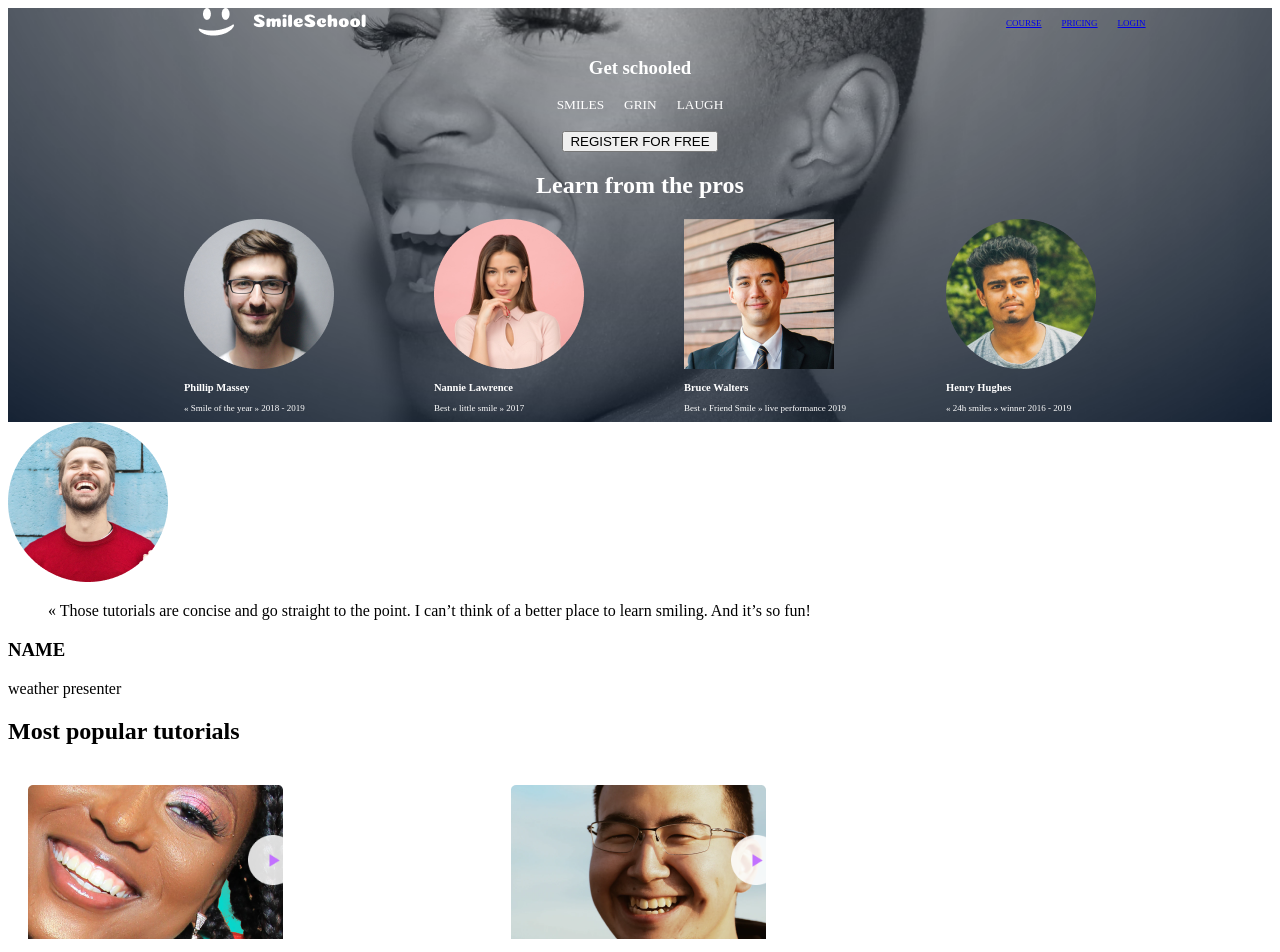
Repository: mwihakiann/alx_html_css
Page: css_advanced/index.html
An editor plug-in stored every save of this project. The page is shown before and after the next save, followed by the edit.
The browser window is 1280 px wide. The pictures show the part of the page from y = 0 to 952 px (the page is 3272 px tall before and 3643 px after).
A picture or video elsewhere on the page could not be fetched, so the positions and the page height are approximate. Some web libraries are served in a nearby version.

Above is the page before, as saved 2025-09-28 17:56:16.

### css_advanced/index.html
<!DOCTYPE html>
<html lang="en">
<head>
  <meta charset="UTF-8">
  <meta name="viewport" content="width=device-width, initial-scale=1.0">
  <script src="https://kit.fontawesome.com/4a2b055604.js" crossorigin="anonymous"></script>
  <title>Document</title>
  <link rel="stylesheet" href="styles.css">
</head>
<body>
    <section class="first-page">
  <header>
    <nav>
      <img src="./images/logo.png" alt="logo">
      <ul>
        <li><a href="#">COURSE</a></li>
        <li><a href="#">PRICING</a></li>
        <li><a href="#">LOGIN</a></li>
      </ul>
    </nav>
  </header>

  <main>
    <section>
      <div class="intro">
        <h1>Get schooled</h1>
        <div class="horizontal-stack">
        <span>SMILES</span>
        <span>GRIN</span>
        <span>LAUGH</span>
        </div>
        <br>
        <button>REGISTER FOR FREE</button>
      </div>
      <div class="learn-from-pros">
        <h2>Learn from the pros</h2>
        <div class="pros">
          <div>
            <img src="./images/1.png" alt="">
            <h3>Phillip Massey</h3>
            <p>« Smile of the year » 2018 - 2019</p>
          </div>
          <div>
            <img src="./images/3.png" alt="">
            <h3>Nannie Lawrence</h3>
            <p>Best « little smile » 2017</p>
          </div>
          <div>
            <img src="./images/2.png" alt="">
            <h3>Bruce Walters</h3>
            <p>Best « Friend Smile » live performance 2019</p>
          </div>
          <div>
            <img src="./images/4.png" alt="">
            <h3>Henry Hughes</h3>
            <p>« 24h smiles » winner 2016 - 2019</p>
          </div>
        </div>
      </div>
    </section>
</section>

    <section>
      <div>
        <img src="./images/5.png" alt="image">
      </div>
      <div>
        <blockquote>« Those tutorials are concise and go straight to the point. I can’t think of a better place to learn smiling. And it’s so fun!</blockquote>
        <h3>NAME</h3>
        <p>weather presenter</p>
      </div>
    </section>

    <section>
      <h2>Most popular tutorials</h2>

      <div class="tutorial-card">
        <img src="./images/9.png" alt="Diagonal Smile">
        <img src="./images/play.png" alt="play button" class="play-btn">
        <h3>Diagonal Smile</h3>
        <p>Lorem ipsum dolor sit amet, consect adipiscing elit, sed do eiusmod.</p>
        <div>
          <img src="./images/1 (3).png" alt="">
          <h4>Phillip Massey</h4>
        </div>
        <div>
          <div><i class="fa-solid fa-star"></i></div>
          <div><i class="fa-solid fa-star"></i></div>
          <div><i class="fa-solid fa-star"></i></div>
          <div><i class="fa-solid fa-star"></i></div>
          <div><i class="fa-solid fa-star"></i></div>
        </div>
        <p>8 min</p>
      </div>

      <div class="tutorial-card">
        <img src="./images/6.png" alt="Happy Smile">
        <img src="./images/play.png" alt="play button" class="play-btn">
        <h3>Happy Smile</h3>
        <p>Lorem ipsum dolor sit amet, consect adipiscing elit, sed do eiusmod.</p>
        <div>
          <img src="./images/1 (3).png" alt="">
          <h4>Phillip Massey</h4>
        </div>
        <div>
          <div><i class="fa-solid fa-star"></i></div>
          <div><i class="fa-solid fa-star"></i></div>
          <div><i class="fa-solid fa-star"></i></div>
          <div><i class="fa-solid fa-star"></i></div>
          <div><i class="fa-solid fa-star"></i></div>
        </div>
        <p>8 min</p>
      </div>

      <div class="tutorial-card">
        <img src="./images/8.png" alt="Natural Smile">
        <img src="./images/play.png" alt="play button" class="play-btn">
        <h3>Natural Smile</h3>
        <p>Lorem ipsum dolor sit amet, consect adipiscing elit, sed do eiusmod.</p>
        <div>
          <img src="./images/1.png" alt="">
          <h4>Phillip Massey</h4>
        </div>
        <div>
          <div><i class="fa-solid fa-star"></i></div>
          <div><i class="fa-solid fa-star"></i></div>
          <div><i class="fa-solid fa-star"></i></div>
          <div><i class="fa-solid fa-star"></i></div>
          <div><i class="fa-solid fa-star"></i></div>
        </div>
        <p>8 min</p>
      </div>

      <div class="tutorial-card">
        <img src="./images/7.png" alt="Sad Smile">
        <img src="./images/play.png" alt="play button" class="play-btn">
        <h3>Sad Smile</h3>
        <p>Lorem ipsum dolor sit amet, consect adipiscing elit, sed do eiusmod.</p>
        <div>
          <img src="./images/1.png" alt="">
          <h4>Phillip Massey</h4>
        </div>
        <div>
          <div><i class="fa-solid fa-star"></i></div>
          <div><i class="fa-solid fa-star"></i></div>
          <div><i class="fa-solid fa-star"></i></div>
          <div><i class="fa-solid fa-star"></i></div>
          <div><i class="fa-solid fa-star"></i></div>
        </div>
        <p>8 min</p>
      </div>
    </section>

    <section>
      <h2>Free membership</h2>
      <div>
        <img src="./images/smile.png" alt="">
        <h3>Lorem Ipsum</h3>
        <p>Lorem ipsum dolor sit amet, consectetur adipiscing elit.</p>
      </div>
      <div>
        <img src="./images/smile.png" alt="">
        <h3>Lorem Ipsum</h3>
        <p>Lorem ipsum dolor sit amet, consectetur adipiscing elit.</p>
      </div>
      <div>
        <img src="./images/smile.png" alt="">
        <h3>Lorem Ipsum</h3>
        <p>Lorem ipsum dolor sit amet, consectetur adipiscing elit.</p>
      </div>
      <div>
        <img src="./images/smile.png" alt="">
        <h3>Lorem Ipsum</h3>
        <p>Lorem ipsum dolor sit amet, consectetur adipiscing elit.</p>
      </div>
      <button>REGISTER FOR FREE</button>
    </section>

    <section>
      <h2>F.A.Q</h2>
      <div>
        <div>
          <div>
            <h3>How does this work?</h3>
          </div>
          <div>
            Lorem ipsum dolor sit amet, consectetur adipiscing elit, sed do eiusmod tempor incididunt ut labore et dolore magna aliqua.
          </div>

          <div>
            <h3>How does this work?</h3>
          </div>
          <div>
            Lorem ipsum dolor sit amet, consectetur adipiscing elit, sed do eiusmod tempor incididunt ut labore et dolore magna aliqua.
          </div>
        </div>
        <div>
          <div>
            <h3>How does this work?</h3>
          </div>
          <div>
            Lorem ipsum dolor sit amet, consectetur adipiscing elit, sed do eiusmod tempor incididunt ut labore et dolore magna aliqua.
          </div>
          <div>
            <h3>How does this work?</h3>
          </div>
          <div>
            Lorem ipsum dolor sit amet, consectetur adipiscing elit, sed do eiusmod tempor incididunt ut labore et dolore magna aliqua.
          </div>
        </div>
      </div>
    </section>
  </main>

  <footer>
    <section>
      <div>
        <img src="./images/logo.png" alt="logo">
        <div>
          <i class="fa-brands fa-facebook"></i>
          <i class="fa-brands fa-twitter"></i>
          <i class="fa-brands fa-instagram"></i>
        </div>
      </div>
      <p>©smileschool 2020</p>
    </section>
  </footer>
</body>
</html>

### css_advanced/styles.css
nav ul{
    display: flex;
    gap: 20px;
    list-style: none;
    color: white;
    text-decoration: none;
}
nav{
    display: flex;
    justify-content: space-between;
    align-items: center;
    margin-left: 15%;
    margin-right: 10%;
    font-size: xx-small;
}
.first-page{
    background-image: url(./images/Object.png);
    background-size: cover;
    background-position: center;
    color: white;
}
.intro{
    display: flex;
    flex-direction: column;
    justify-content: center;
    align-items: center;
    gap: 0;
}
h1{
    font-size: 40;
}
.learn-from-pros{
    display: flex;
    flex-direction: column;
    justify-content: center;
    align-items: center;
    font-size: medium;
}
.pros{
    display: flex;
    font-size:xx-small;
    gap: 100px;
}
.horizontal-stack{
   display: flex;
    gap: 20px;
    font-size: smaller;
}
.tutorial-card {
    position: relative;
    display: inline-block;
    margin: 20px;
  }

  .tutorial-card img {
    display: block;
  }

  .tutorial-card .play-btn {
    position: absolute;
    top: 50px;
    left: 50%;
    transform: translateX(-50 -50%);
    width: 50px;
    height: 50px;
    pointer-events: none;
  }

After the next save:
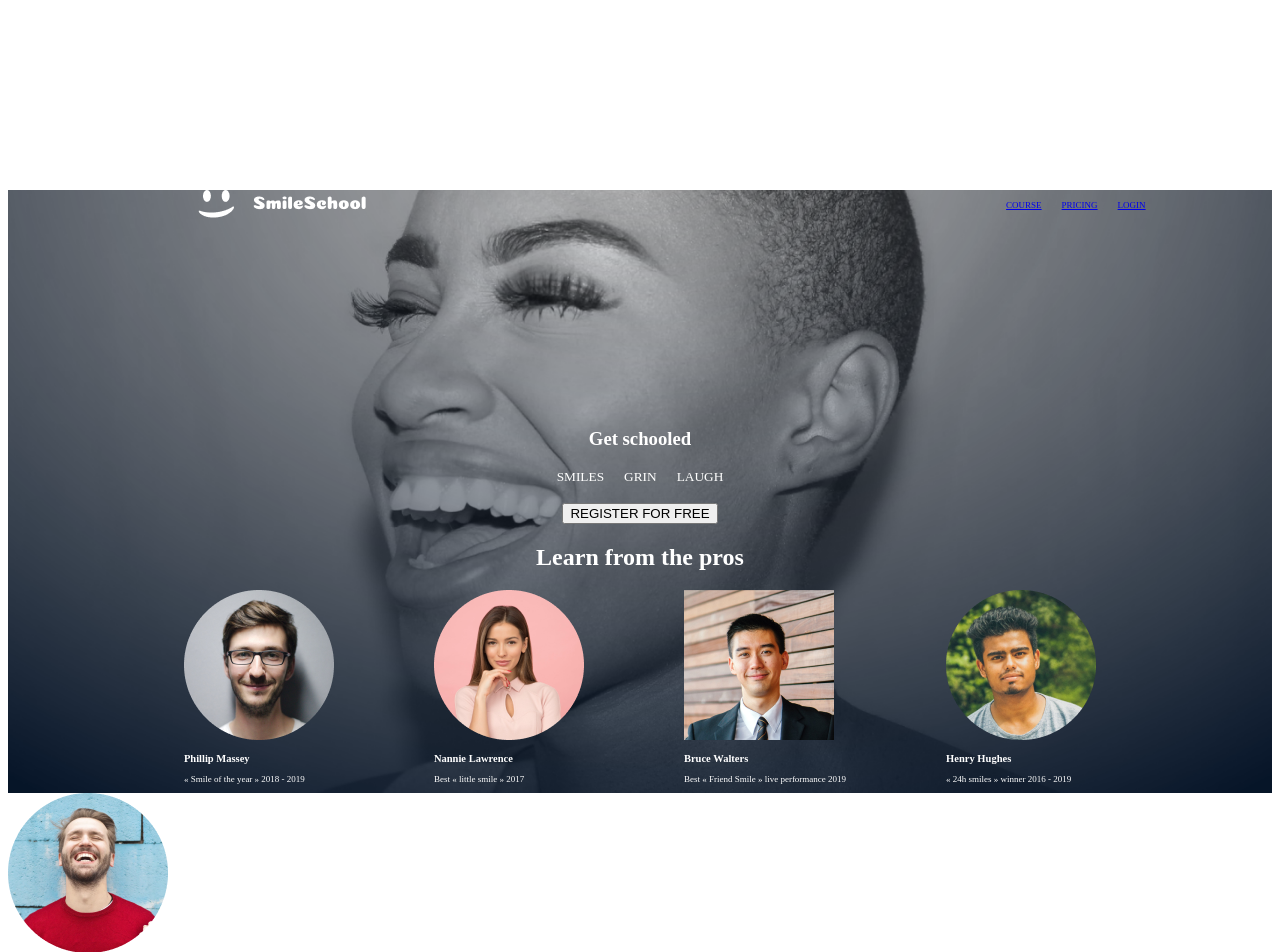
Saved 5 s later.
--- a/css_advanced/styles.css
+++ b/css_advanced/styles.css
@@ -9,7 +9,7 @@ nav{
     display: flex;
     justify-content: space-between;
     align-items: center;
-    margin-left: 15%;
+    margin: 15%;
     margin-right: 10%;
     font-size: xx-small;
 }
